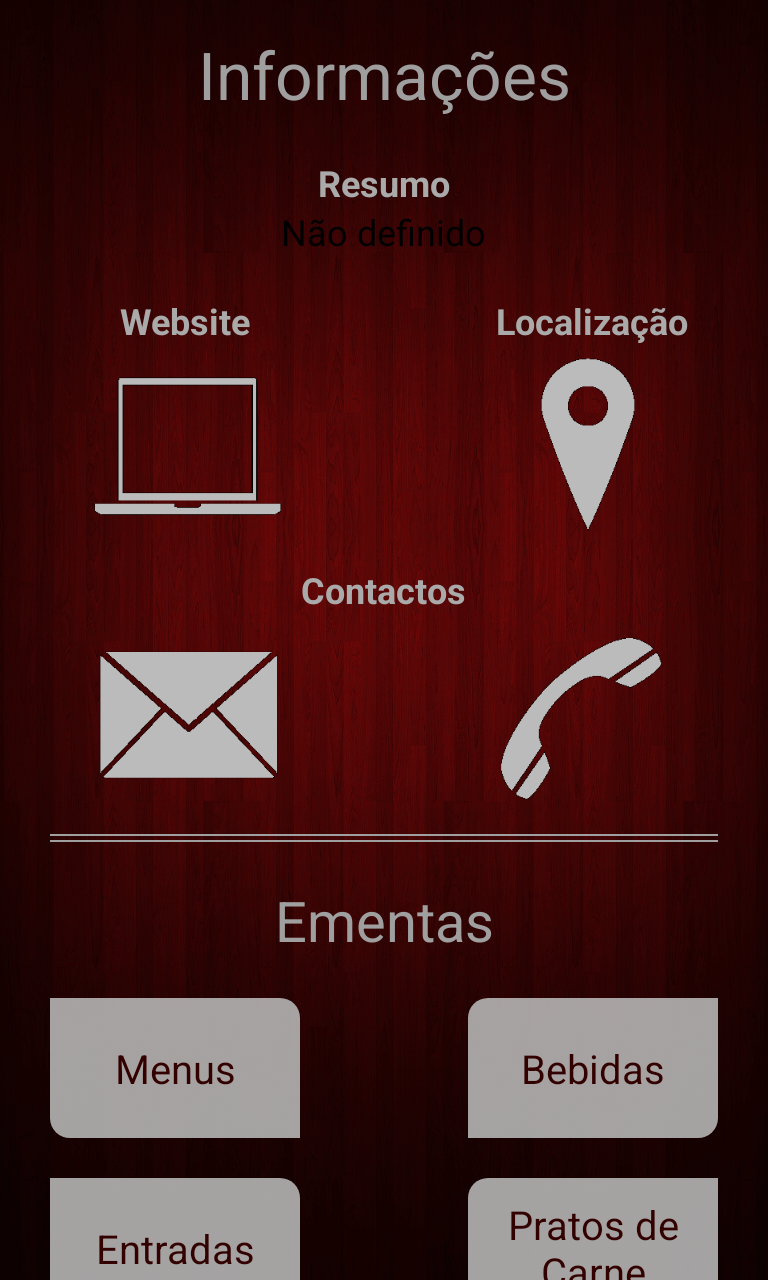
Repository: LuisFilipeDias/eMenu
Layout: SideMenuTutorial/res/layout/fragment.xml
The author's editor kept a copy of each file at every save. The layout is drawn from the files as they stood at one save, then again after the next save.
It is drawn on a 768 x 1280 px phone screen (xhdpi) without system bars, with theme Theme.Sherlock; the app's code is not run.

Above is the layout before, as saved 2013-12-23 22:34:01.

After the next save:
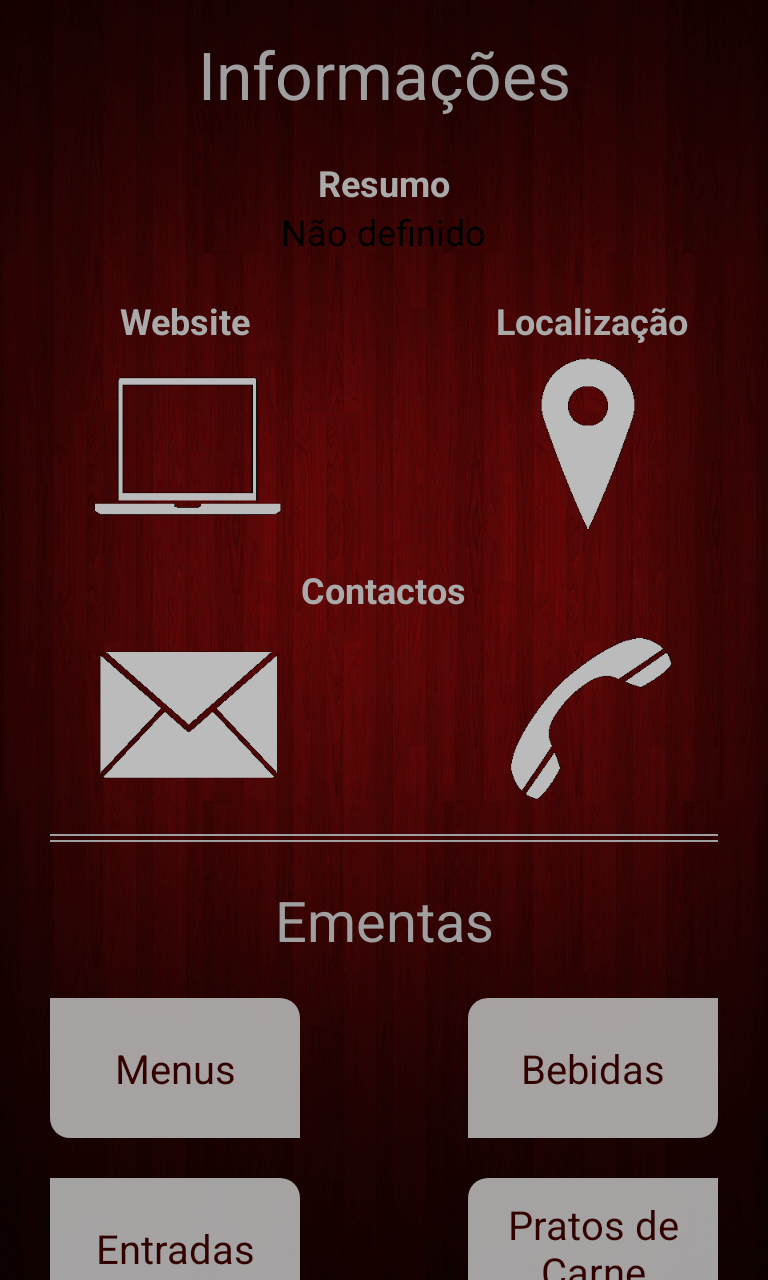
Saved 10 s later.
--- a/SideMenuTutorial/res/layout/fragment.xml
+++ b/SideMenuTutorial/res/layout/fragment.xml
@@ -136,7 +136,7 @@
 			       	android:background="@drawable/phone_clicked"
 			       	android:layout_width="100dp"
 			       	android:layout_height="100dp"
-	            	android:layout_marginRight="20dp"
+	            	android:layout_marginRight="15dp"
 	            	android:layout_below="@+id/contacts_ttl"
 			       	android:layout_alignParentRight="true"
 			       	android:clickable="true"
